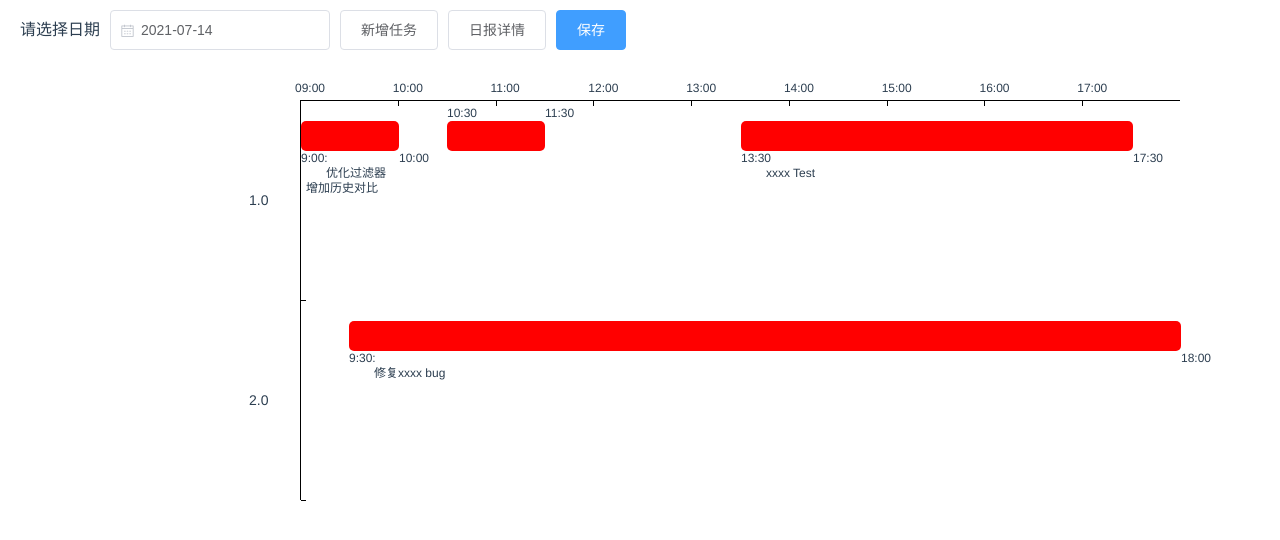
Repository: SeaHeart001/daily-report
Page: /#/Axis
These files come from the project's save history. The page is drawn as it stood at one moment and after the next save; the edit follows.
The browser window is 1280 px wide. The pictures show the whole page.
The project was rebuilt for these pictures with package versions that can differ from the ones it lists, and the page was loaded fresh each time. Also part of the build but not shown: vue.config.js.

Above is the page before, as saved 2021-07-21 13:57:57.

After the next save:
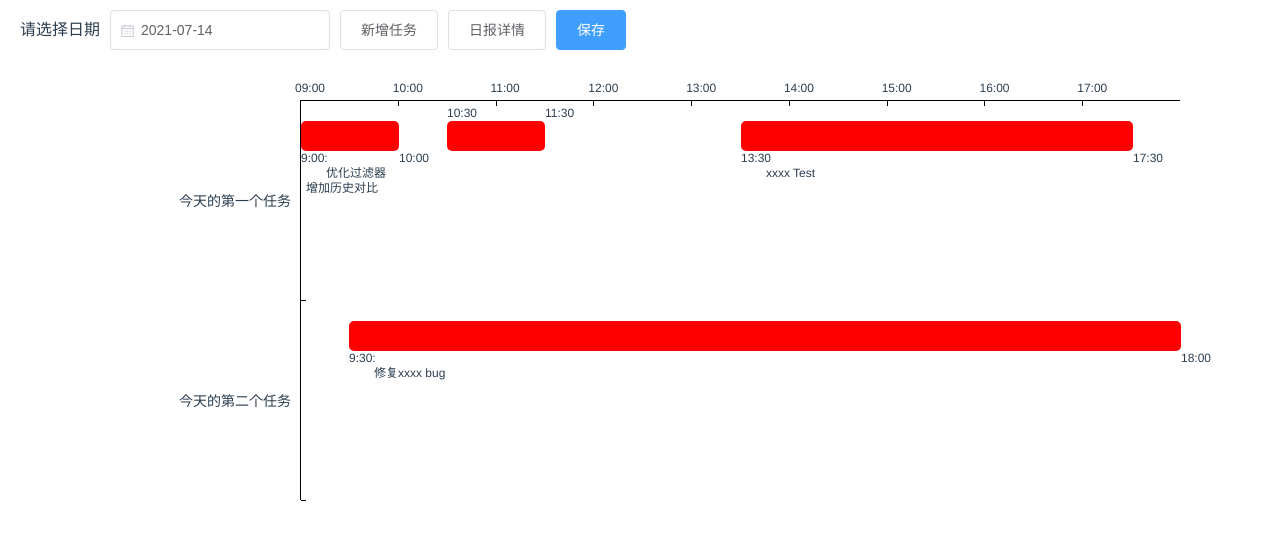
Saved 2 min 9 s later.
--- a/src/components/Axis/components/Axis.vue
+++ b/src/components/Axis/components/Axis.vue
@@ -210,7 +210,7 @@ export default {
       exTime: (60 * 60 * 1000) / 2, //任务的最小时间差
       chartsdata: [
         {
-          product: "1.0",
+          product: "今天的第一个任务",
           list: [
             {
               pre_package_time: this.daily + " 9:00:00",
@@ -233,7 +233,7 @@ export default {
           ],
         },
         {
-          product: "2.0",
+          product: "今天的第二个任务",
           list: [
             {
               pre_package_time: this.daily + " 9:30:00",
